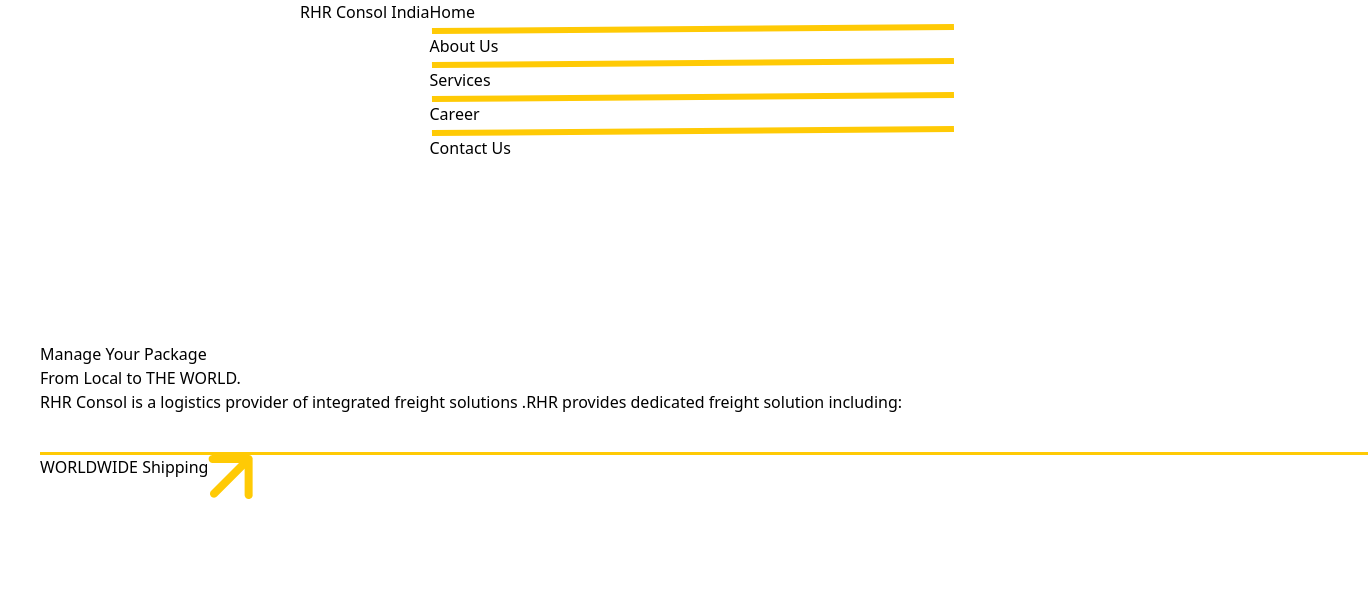
Repository: husainmamuwala/RHRConsol
Page: /services
An editor plug-in stored every save of this project. The page is shown before and after the next save, followed by the edit.
The browser window is 1280 px wide. The page is 1368 px wide, so the pictures cover 1368 px, including what lies to the right of the window. The pictures show the whole page.
The project was rebuilt for these pictures with package versions that can differ from the ones it lists, and the page was loaded fresh each time. The framework's server and built-in components were replaced by stand-ins that run in the browser. Also part of the build but not shown: next.config.js.

Above is the page before, as saved 2023-02-04 10:00:20.

After the next save:
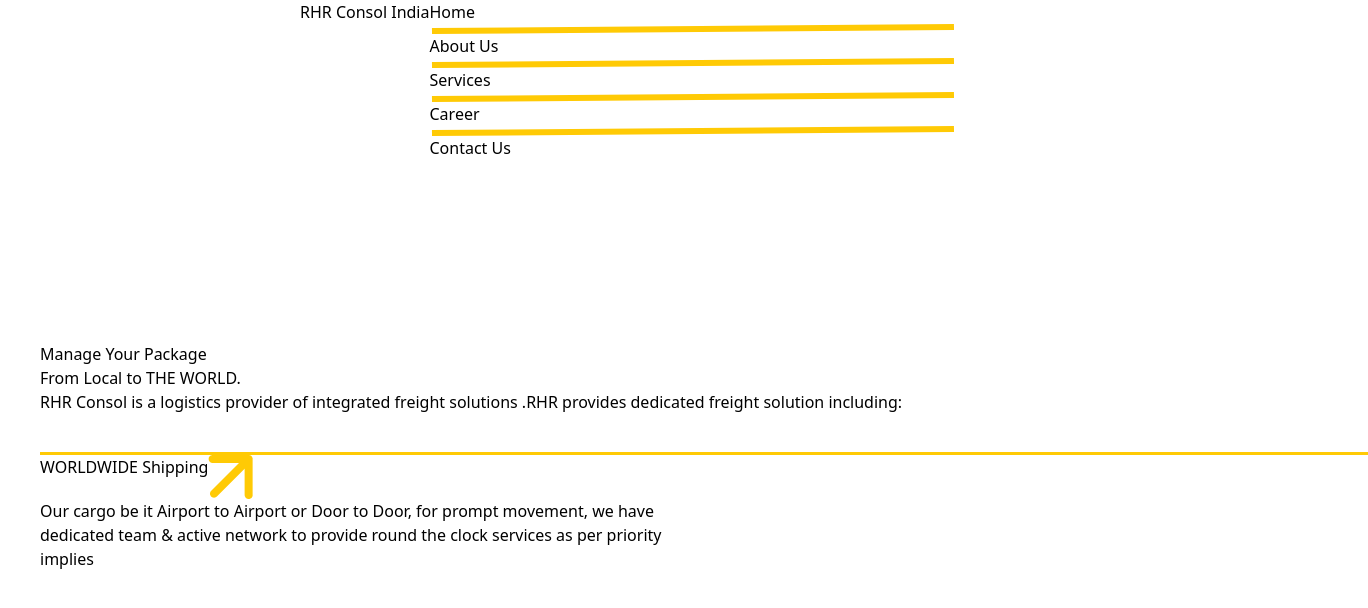
Saved 9 s later.
--- a/Components/Services.jsx
+++ b/Components/Services.jsx
@@ -53,7 +53,7 @@
               <img
                 src={d.icon} />
             </div>
-            <p className='text-white pr-10'></p>
+            <p className='text-white pr-10'>{d.desc}</p>
           </div>
             ))
           }
